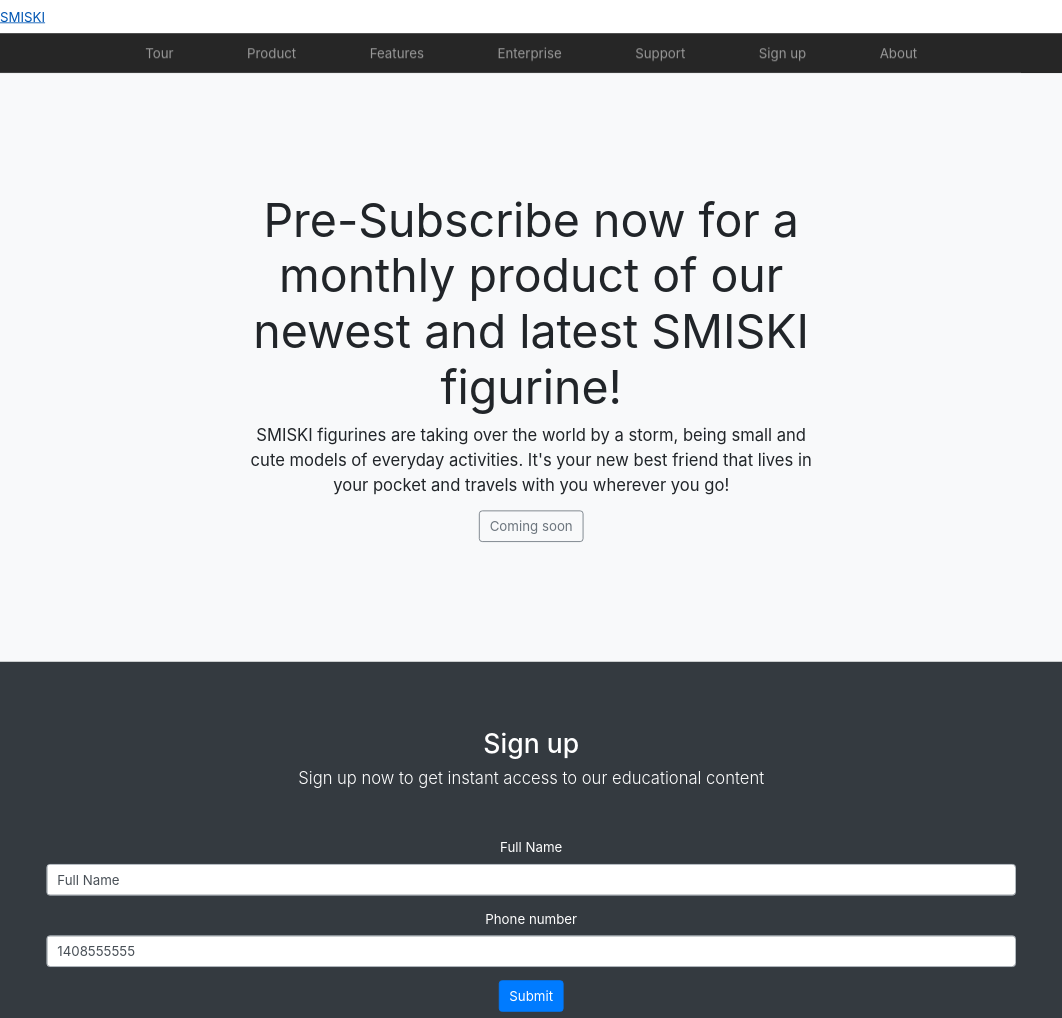
Repository: katelynhl/KatelynLee-Resume
Page: LearnCS8-Twilio/index.html
The author's editor kept a record of every edit. The page is drawn from the files as they stood at one moment, then again after the next edit.
The browser window is 1280 px wide. The pictures show the whole page, at 83% of full size.

Above is the page before.

After the next edit:
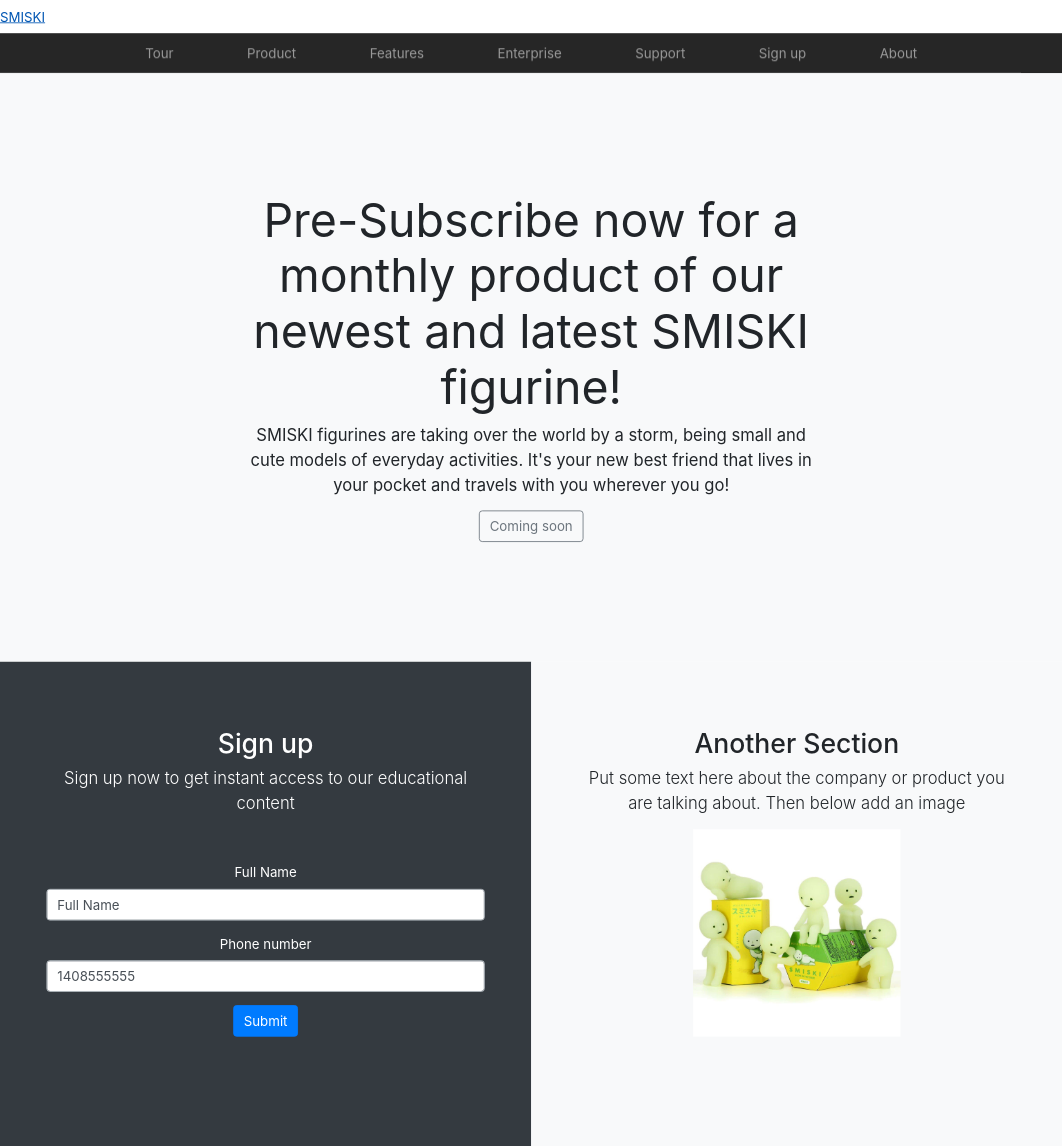
The edit:
--- a/LearnCS8-Twilio/index.html
+++ b/LearnCS8-Twilio/index.html
@@ -74,5 +74,15 @@
             <button type="submit" class="btn btn-primary">Submit</button>
         </form>
     </div>
+    <!-- Right Tile -->
+    <div class="bg-light pt-3 px-3 pt-md-5 px-md-5 text-center overflow-hidden">
+        <div class="my-3 p-3">
+            <h2 class="display-5">Another Section</h2>
+            <p class="lead">Put some text here about the company or product you are talking about. Then below add an image</p>
+            <img class="mx-auto" src="smiski.jpeg" height="250px">
+        </div>
+        <div class="mx-auto" style="width: 80%; height: 100px; border-radius: 21px 21px 0 0;"></div>
+    </div>
+</div>
   </body>
 </html>
